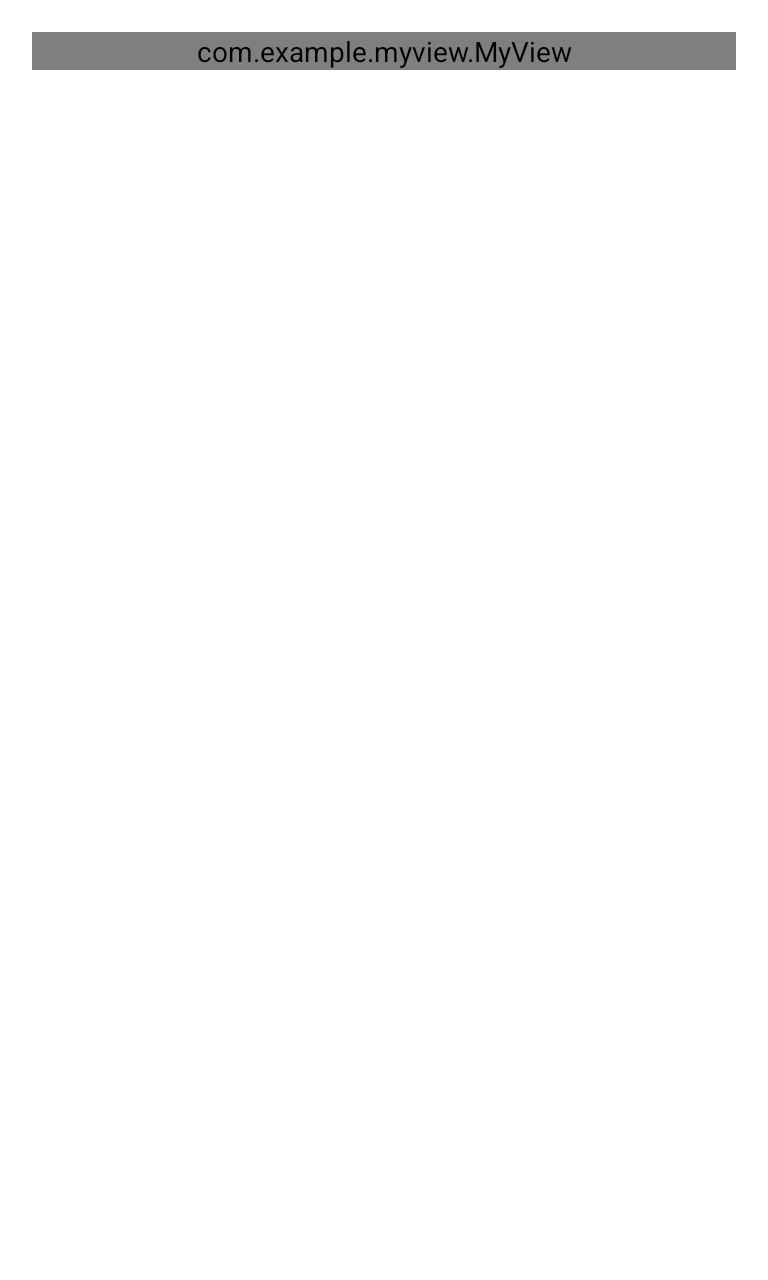
Repository: HGtz2222/LearningAndroid
Layout: test1/MyView/res/layout/activity_my_view.xml
An editor plug-in stored every save of this project. The layout is shown before and after the next save, followed by the edit.
Pictures or frames that could not be fetched are drawn as grey boxes. It is drawn on a 768 x 1280 px phone screen (xhdpi) without system bars, with theme AppTheme; the app's code is not run.

Above is the layout before, as saved 2014-09-11 06:15:21.

### test1/MyView/res/layout/activity_my_view.xml
<LinearLayout xmlns:android="http://schemas.android.com/apk/res/android"
    xmlns:tools="http://schemas.android.com/tools"
    android:id="@+id/LinearLayout1"
    android:layout_width="match_parent"
    android:layout_height="match_parent"
    android:orientation="vertical"
    android:paddingBottom="@dimen/activity_vertical_margin"
    android:paddingLeft="@dimen/activity_horizontal_margin"
    android:paddingRight="@dimen/activity_horizontal_margin"
    android:paddingTop="@dimen/activity_vertical_margin"
    tools:context=".MyViewActivity" >

    <com.example.myview.MyView
        android:layout_width="fill_parent"
        android:layout_height="wrap_content" />

</LinearLayout>

Loaded but not shown: test1/MyView/res/values/styles.xml (common file); test1/MyView/res/values-v11/styles.xml (common file); test1/MyView/res/values-v14/styles.xml (common file); test1/MyView/res/values/dimens.xml (common file)

After the next save:
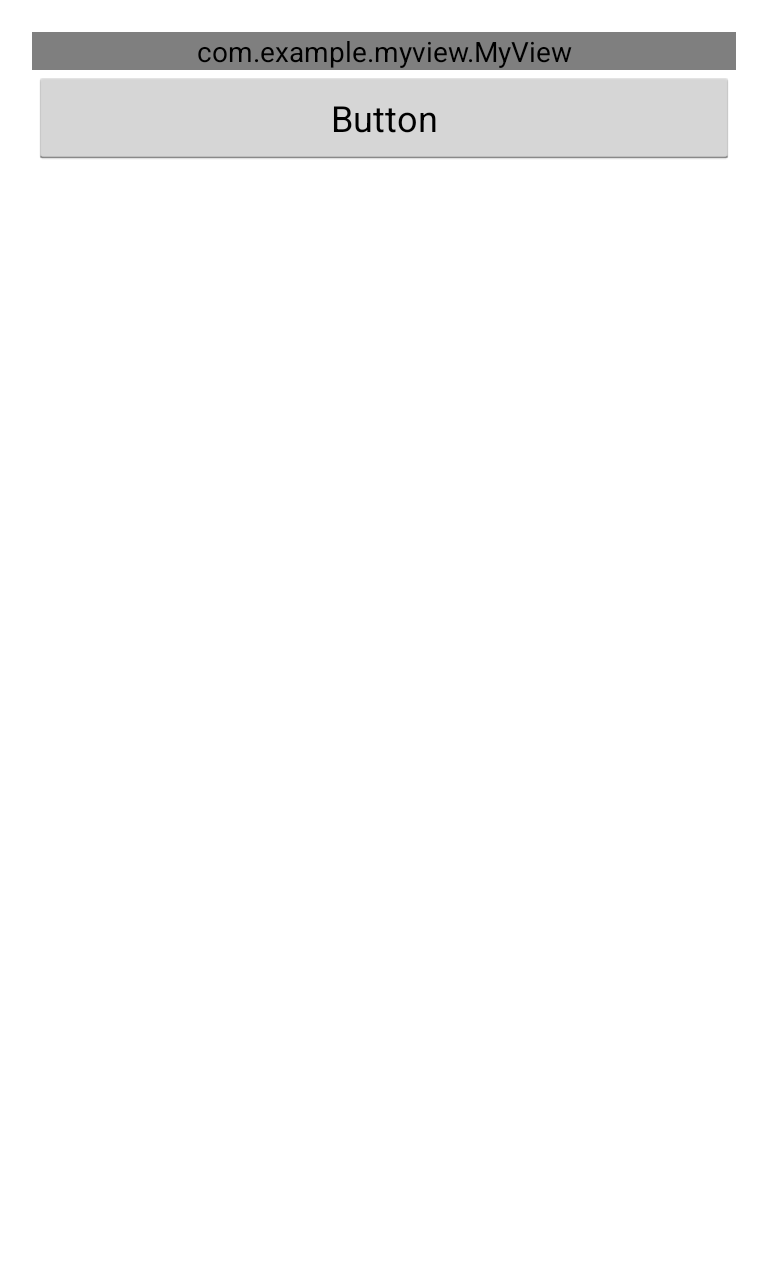
Saved 55 s later.
--- a/test1/MyView/res/layout/activity_my_view.xml
+++ b/test1/MyView/res/layout/activity_my_view.xml
@@ -14,4 +14,10 @@
         android:layout_width="fill_parent"
         android:layout_height="wrap_content" />
 
+    <Button
+        android:id="@+id/button1"
+        android:layout_width="match_parent"
+        android:layout_height="wrap_content"
+        android:text="Button" />
+
 </LinearLayout>
